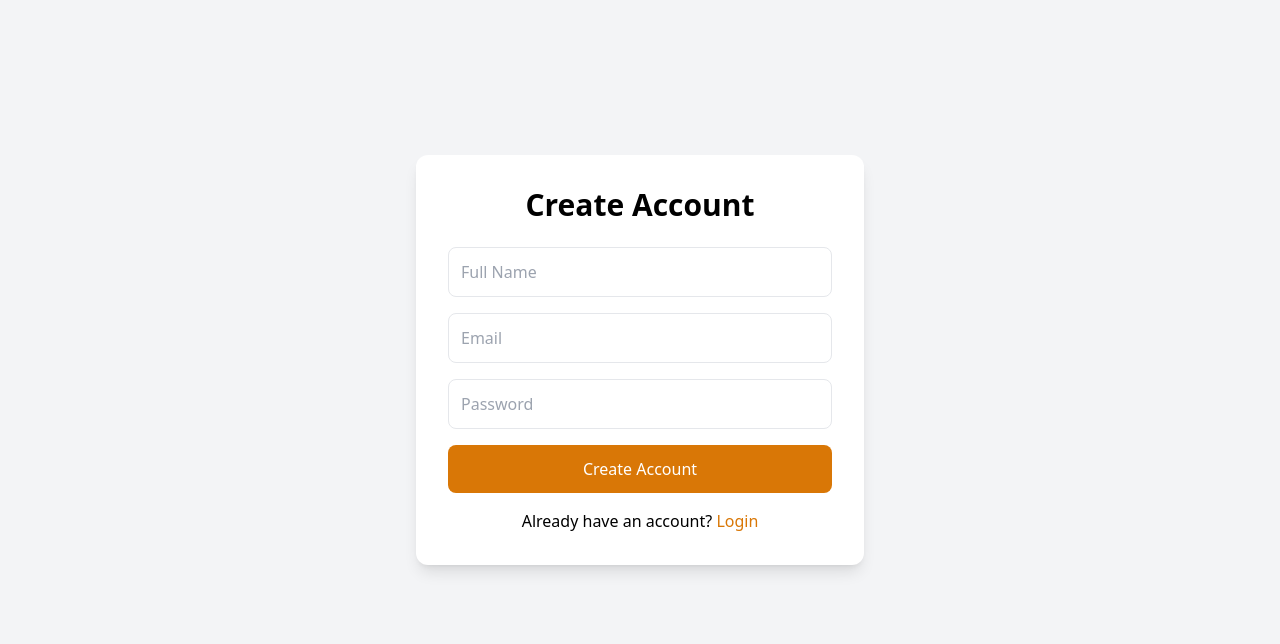
Repository: Omkar0746/VendorLink_Hackathon
Page: VendorLink_Project-main/frontend/signup.html
The author's editor kept a copy of each file at every save. The page is drawn from the files as they stood at one save, then again after the next save.
The browser window is 1280 px wide. The pictures show the whole page.
Some web libraries are served in a nearby version.

Above is the page before, as saved 2025-11-27 16:07:35.

### VendorLink_Project-main/frontend/signup.html
<!DOCTYPE html>
<html>
<head>
    <meta charset="UTF-8">
    <title>VendorLink • Sign Up</title>
    <script src="https://cdn.tailwindcss.com"></script>
</head>

<body class="bg-gray-100 flex items-center justify-center h-screen">

<div class="bg-white p-8 rounded-xl shadow-lg w-full max-w-md">

    <h2 class="text-3xl font-bold text-center mb-6">Create Account</h2>

    <form id="signupForm" class="space-y-4">

        <input id="nameInput" type="text" placeholder="Full Name"
               class="w-full p-3 border rounded-lg" required>

        <input id="emailInput" type="email" placeholder="Email"
               class="w-full p-3 border rounded-lg" required>

        <input id="passwordInput" type="password" placeholder="Password"
               class="w-full p-3 border rounded-lg" required>

        <button type="submit"
                class="bg-amber-600 w-full py-3 text-white rounded-lg hover:bg-amber-700">
            Create Account
        </button>
    </form>

    <p class="text-center mt-4">
        Already have an account?
        <a href="login.html" class="text-amber-600">Login</a>
    </p>
</div>

<script type="module" src="assets/js/signup.js"></script>
</body>
</html>

### VendorLink_Project-main/frontend/assets/js/signup.js
import { signupUser } from "./auth.js";

document.getElementById("signupForm").addEventListener("submit", async (e) => {
    e.preventDefault();

    const name = nameInput.value;
    const email = emailInput.value;
    const password = passwordInput.value;

    const res = await signupUser(name, email, password);

    if (res.message) {
        alert("Account created successfully!");
        window.location.href = "login.html";
    } else {
        alert(res.error || "Signup failed");
    }
});

### VendorLink_Project-main/frontend/assets/js/auth.js
import { api } from "./api.js";

export async function signupUser(name, email, password) {
    return await api("/auth/signup", "POST", { name, email, password });
}

export async function loginUser(email, password) {
    return await api("/auth/login", "POST", { email, password });
}

### VendorLink_Project-main/frontend/assets/js/api.js
export const API_BASE = "http://localhost:5000/api";

export async function api(endpoint, method = "GET", body = null, auth = false) {
  const headers = { "Content-Type": "application/json" };
  if (auth) {
    const token = localStorage.getItem("token");
    if (token) headers["Authorization"] = `Bearer ${token}`;
  }

  const res = await fetch(`${API_BASE}${endpoint}`, {
    method,
    headers,
    body: body ? JSON.stringify(body) : null
  });

  const data = await res.json();
  if (!res.ok) throw new Error(data.error || data.message || "Request failed");
  return data;
}

After the next save:
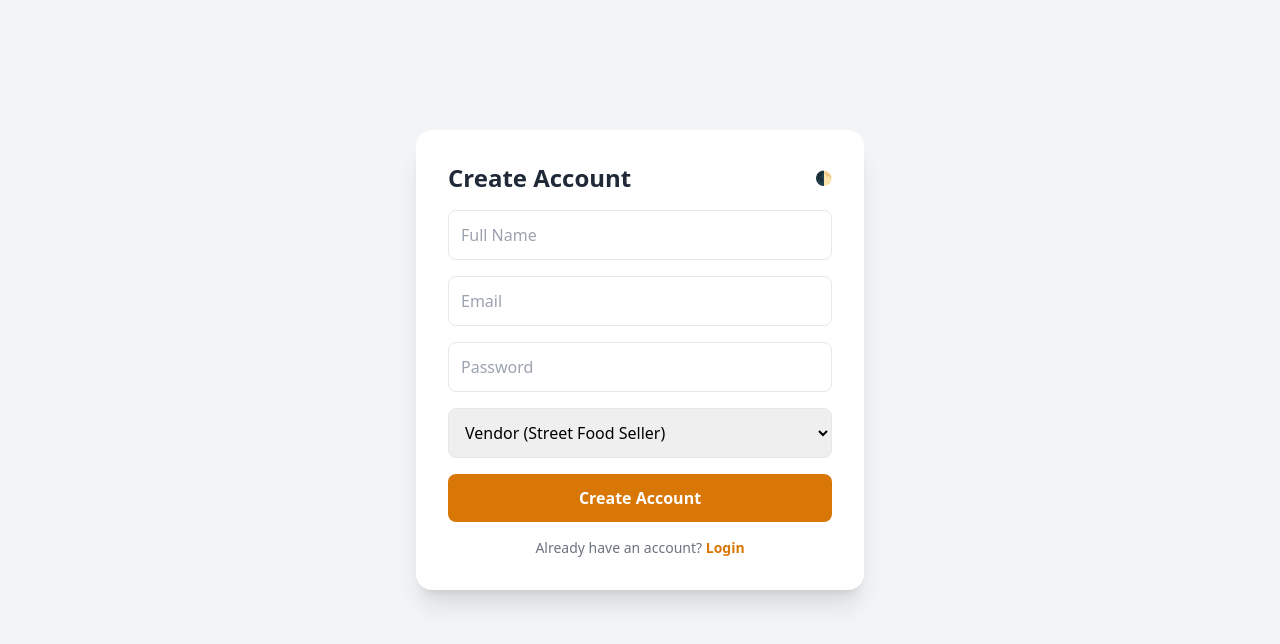
Saved 40 s later.
--- a/VendorLink_Project-main/frontend/signup.html
+++ b/VendorLink_Project-main/frontend/signup.html
@@ -1,40 +1,45 @@
 <!DOCTYPE html>
-<html>
+<html lang="en" class="bg-gray-100 dark:bg-gray-900">
 <head>
-    <meta charset="UTF-8">
-    <title>VendorLink • Sign Up</title>
-    <script src="https://cdn.tailwindcss.com"></script>
+  <meta charset="UTF-8">
+  <title>VendorLink • Sign Up</title>
+  <script src="https://cdn.tailwindcss.com"></script>
+  <script>tailwind.config = { darkMode: 'class' }</script>
 </head>
+<body class="min-h-screen flex items-center justify-center">
 
-<body class="bg-gray-100 flex items-center justify-center h-screen">
-
-<div class="bg-white p-8 rounded-xl shadow-lg w-full max-w-md">
-
-    <h2 class="text-3xl font-bold text-center mb-6">Create Account</h2>
+  <div class="bg-white dark:bg-gray-800 rounded-2xl shadow-xl p-8 w-full max-w-md">
+    <div class="flex justify-between items-center mb-4">
+      <h2 class="text-2xl font-bold text-gray-800 dark:text-gray-100">Create Account</h2>
+      <button id="themeToggle" class="text-sm text-gray-500 dark:text-gray-300">🌓</button>
+    </div>
 
     <form id="signupForm" class="space-y-4">
+      <input id="name" type="text" placeholder="Full Name"
+             class="w-full p-3 rounded-lg border dark:border-gray-700 dark:bg-gray-900 dark:text-gray-100" required>
+      <input id="email" type="email" placeholder="Email"
+             class="w-full p-3 rounded-lg border dark:border-gray-700 dark:bg-gray-900 dark:text-gray-100" required>
+      <input id="password" type="password" placeholder="Password"
+             class="w-full p-3 rounded-lg border dark:border-gray-700 dark:bg-gray-900 dark:text-gray-100" required>
 
-        <input id="nameInput" type="text" placeholder="Full Name"
-               class="w-full p-3 border rounded-lg" required>
+      <select id="role"
+              class="w-full p-3 rounded-lg border dark:border-gray-700 dark:bg-gray-900 dark:text-gray-100" required>
+        <option value="vendor">Vendor (Street Food Seller)</option>
+        <option value="supplier">Supplier (Raw Material Provider)</option>
+      </select>
 
-        <input id="emailInput" type="email" placeholder="Email"
-               class="w-full p-3 border rounded-lg" required>
-
-        <input id="passwordInput" type="password" placeholder="Password"
-               class="w-full p-3 border rounded-lg" required>
-
-        <button type="submit"
-                class="bg-amber-600 w-full py-3 text-white rounded-lg hover:bg-amber-700">
-            Create Account
-        </button>
+      <button type="submit"
+              class="w-full bg-amber-600 hover:bg-amber-700 text-white py-3 rounded-lg font-semibold">
+        Create Account
+      </button>
     </form>
 
-    <p class="text-center mt-4">
-        Already have an account?
-        <a href="login.html" class="text-amber-600">Login</a>
+    <p class="text-center text-sm text-gray-500 dark:text-gray-400 mt-4">
+      Already have an account?
+      <a href="login.html" class="text-amber-600 dark:text-amber-400 font-semibold">Login</a>
     </p>
-</div>
+  </div>
 
-<script type="module" src="assets/js/signup.js"></script>
+  <script type="module" src="assets/js/signup.js"></script>
 </body>
 </html>
